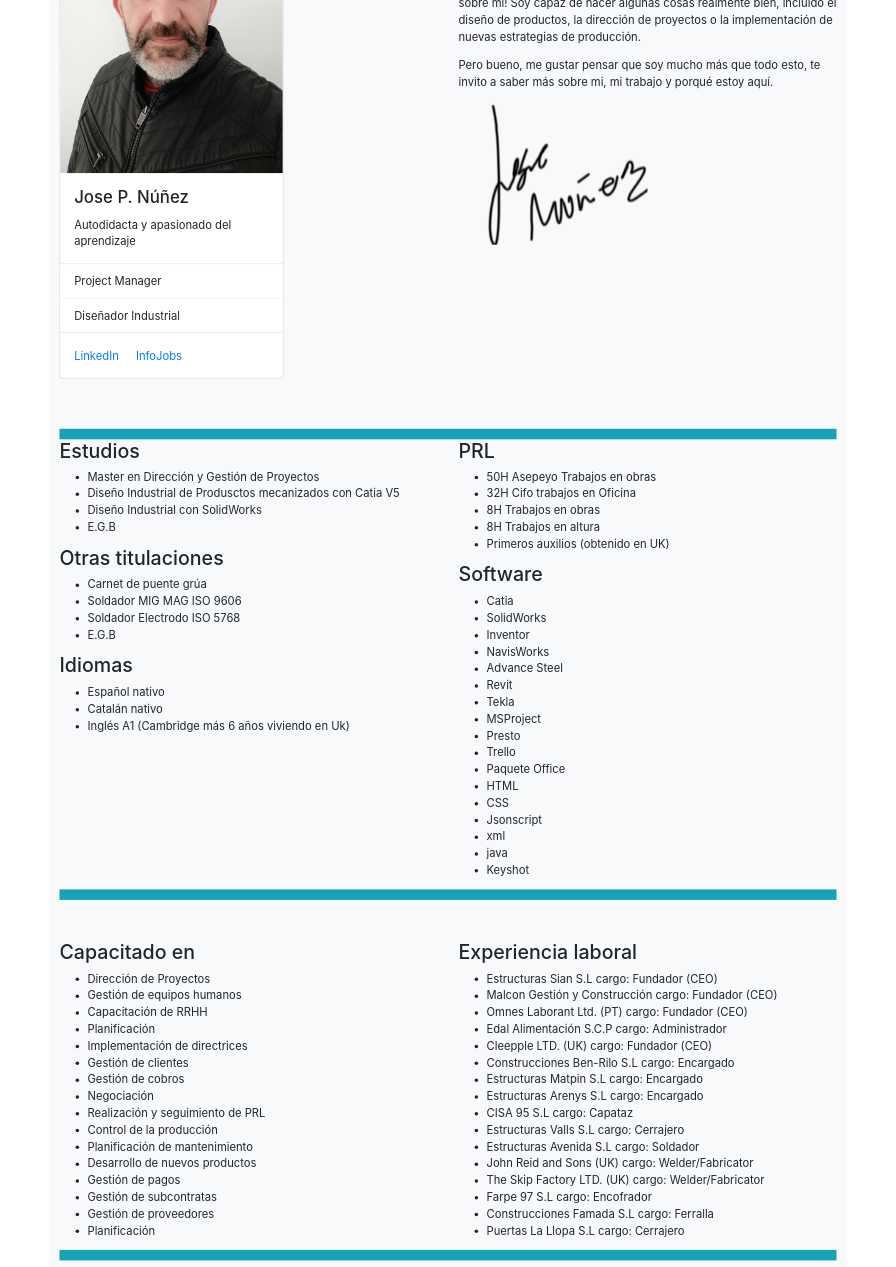
Repository: Hrotgarion1/jose
Page: index.html
These files come from the project's save history. The page is drawn as it stood at one moment and after the next save; the edit follows.
The browser window is 1280 px wide. The pictures show the part of the page from y = 862 to 2782 px (the page is 2672 px tall before and 2782 px after), at 70% of full size.

Above is the page before, as saved 2020-09-30 08:00:16.

After the next save:
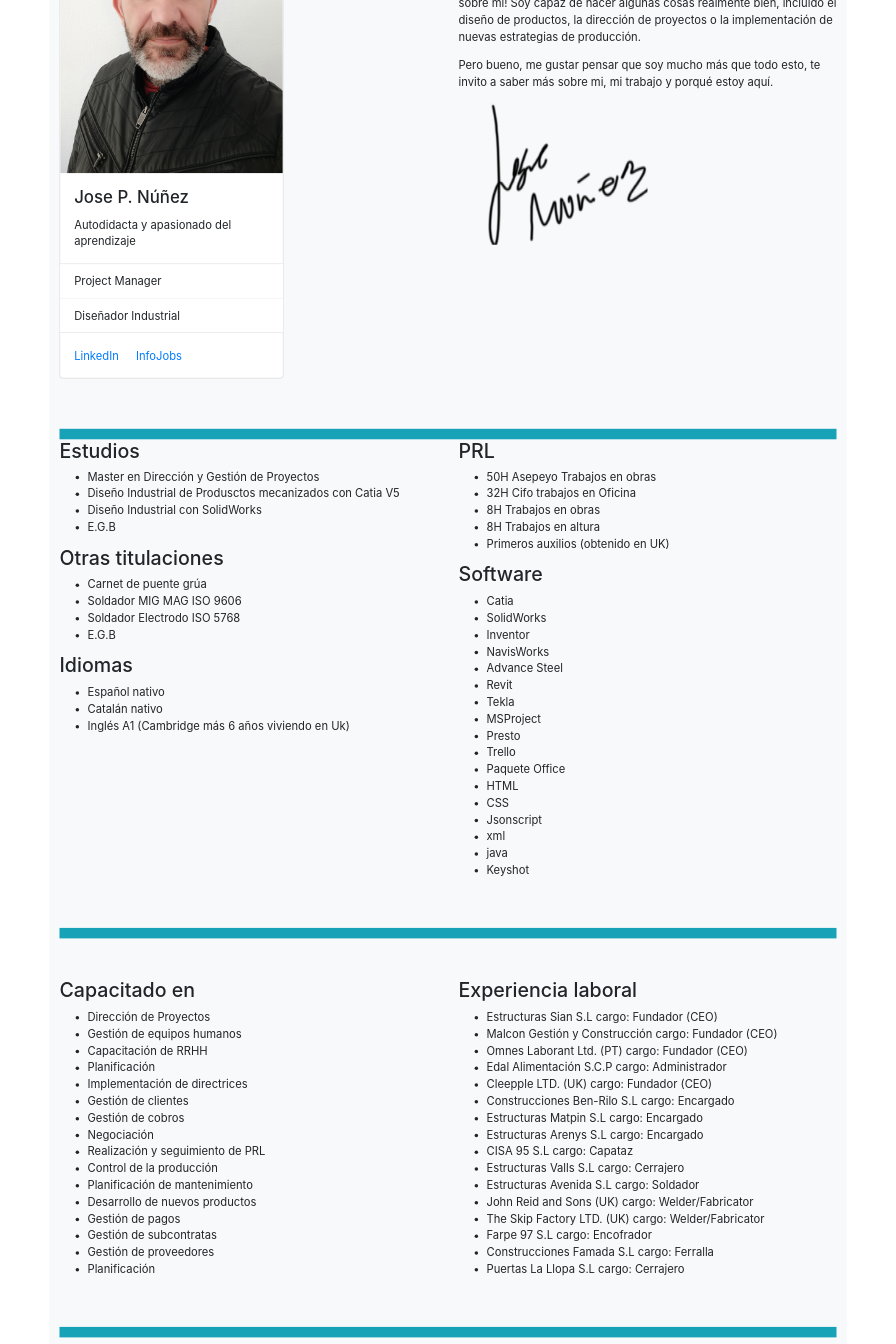
Saved 44 s later.
--- a/css/estilos.css
+++ b/css/estilos.css
@@ -2,7 +2,7 @@
   border-top: 15px solid #17a2b8;
   height: 25px;
   padding: 0;
-  margin-top: 55px auto 0 auto;
+  margin: 55px auto 0 auto;
 }
 .linea1 {
   border-top: 15px solid #17a2b8;
